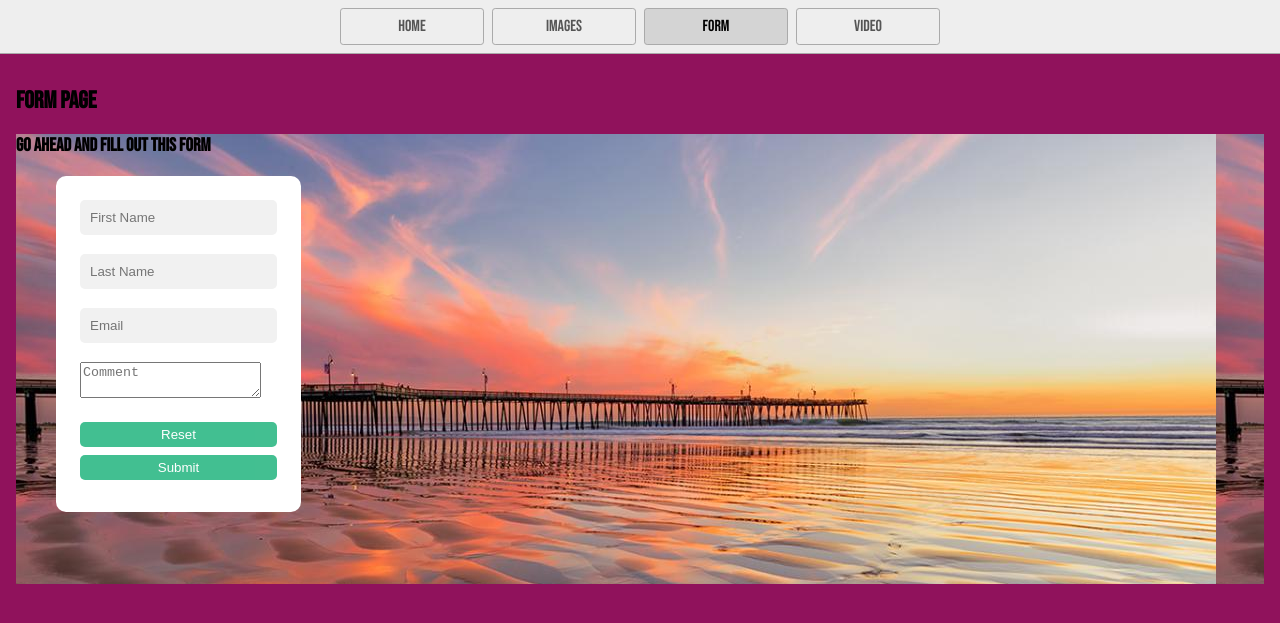
Repository: sebas6292/palmTree-Final
Page: Form.html
These files come from the project's save history. The page is drawn as it stood at one moment and after the next save; the edit follows.
The browser window is 1280 px wide. The pictures show the whole page.

Above is the page before, as saved 2023-05-28 13:23:42.

After the next save:
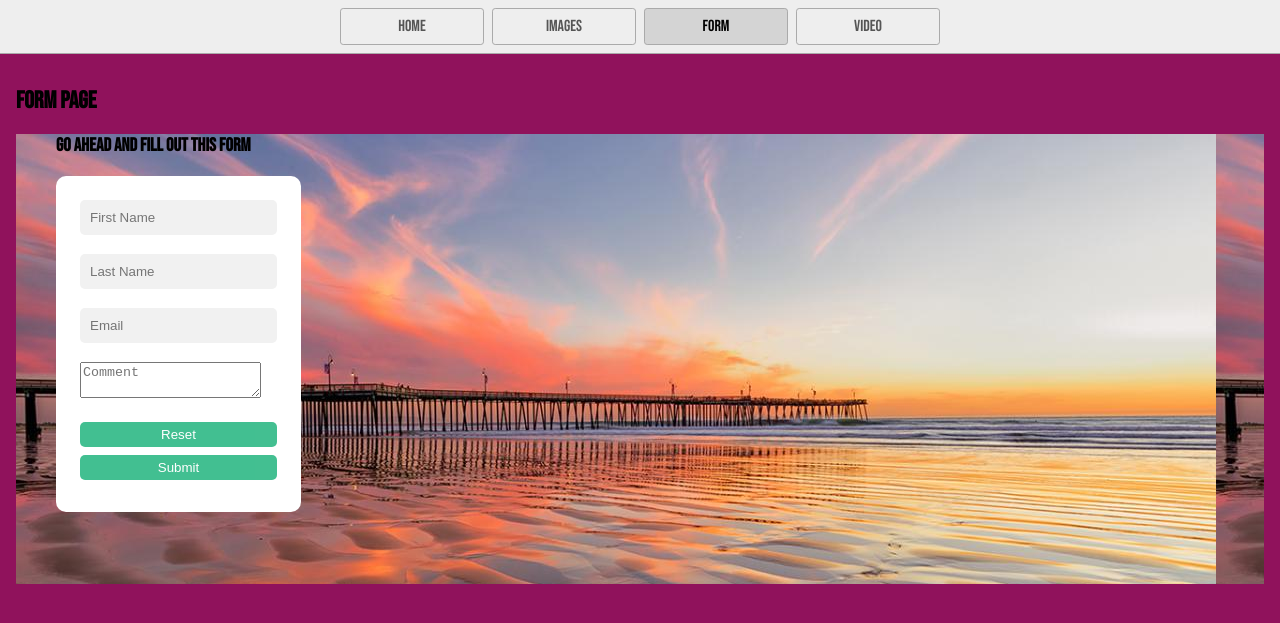
Saved 7 s later.
--- a/styles.css
+++ b/styles.css
@@ -56,7 +56,7 @@
     font-size: 1.5rem;
   }
   .form-title {
-    margin-right: 40px;
+    margin-left: 40px;
   }
 
   .bg-img {
